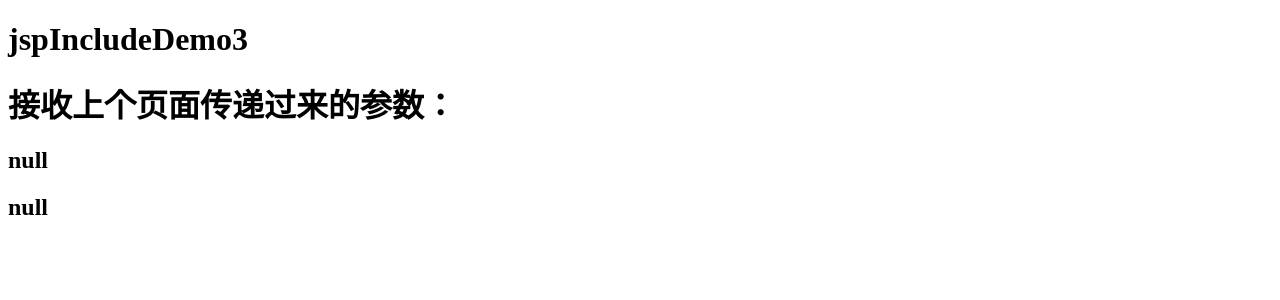
Repository: frankstar007/java
Page: http://localhost/Servlet_Study/JspIncludeTagDemo3.jsp
The author's editor kept a copy of each file at every save. The page is drawn from the files as they stood at one save, then again after the next save.
The browser window is 1280 px wide. The pictures show the whole page.
The page is served by Tomcat 9. Nobody is signed in. The application's start-up code is not run.

Above is the page before, as saved 2016-05-03 09:50:15.

After the next save:
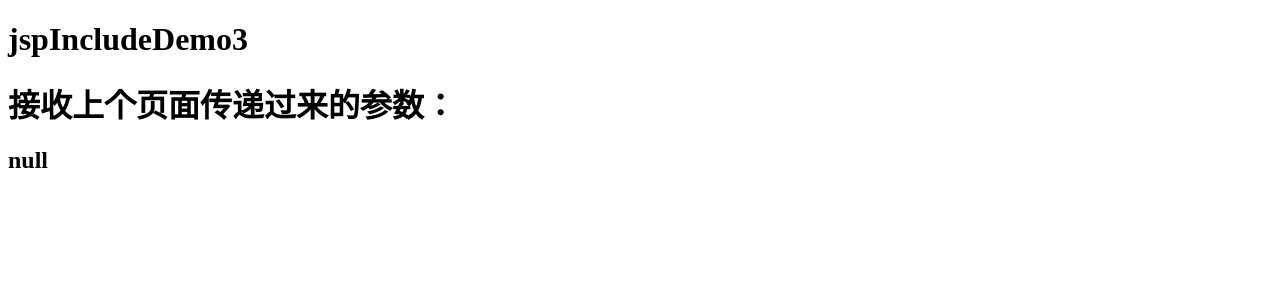
Saved 3 min 40 s later.
--- a/Servlet_Study/WebContent/JspIncludeTagDemo3.jsp
+++ b/Servlet_Study/WebContent/JspIncludeTagDemo3.jsp
@@ -9,7 +9,7 @@
 <body>
 	<h1>jspIncludeDemo3</h1>
 	<jsp:include page="/jspfragments/Inc.jsp">
-		<jsp:param value="parm1" name="hello"/>
+		<jsp:param value="" name="parm1"/>
 		<jsp:param value="parm2" name="frankstar"/>
 	</jsp:include>
 
